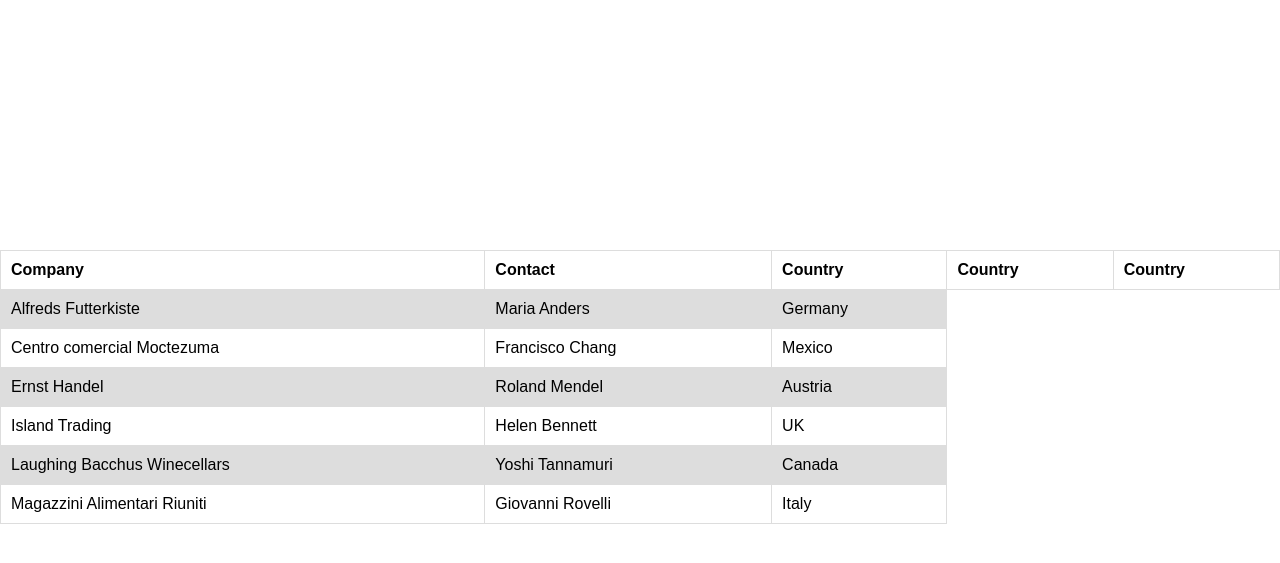
Repository: Seryozha02/ApiRequests
Page: index.html
The author's editor kept a copy of each file at every save. The page is drawn from the files as they stood at one save, then again after the next save.
The browser window is 1280 px wide. The pictures show the whole page.

Above is the page before, as saved 2022-09-22 21:19:02.

### index.html
<!DOCTYPE html>
<html lang="en">
<head>
    <meta charset="UTF-8">
    <meta http-equiv="X-UA-Compatible" content="IE=edge">
    <meta name="viewport" content="width=device-width, initial-scale=1.0">
    <title>Request's</title>
    <link rel="stylesheet" href="style.css">
</head>
<body>
    <table class="requests">
        <tr>
          <th>Company</th>
          <th>Contact</th>
          <th>Country</th>
          <th>Country</th>
          <th>Country</th>
        </tr>
        <tr>
          <td>Alfreds Futterkiste</td>
          <td>Maria Anders</td>
          <td>Germany</td>
        </tr>
        <tr>
          <td>Centro comercial Moctezuma</td>
          <td>Francisco Chang</td>
          <td>Mexico</td>
        </tr>
        <tr>
          <td>Ernst Handel</td>
          <td>Roland Mendel</td>
          <td>Austria</td>
        </tr>
        <tr>
          <td>Island Trading</td>
          <td>Helen Bennett</td>
          <td>UK</td>
        </tr>
        <tr>
          <td>Laughing Bacchus Winecellars</td>
          <td>Yoshi Tannamuri</td>
          <td>Canada</td>
        </tr>
        <tr>
          <td>Magazzini Alimentari Riuniti</td>
          <td>Giovanni Rovelli</td>
          <td>Italy</td>
        </tr>
      </table>
</body>
<script src="script.js"></script>
</html>

### style.css
* {
        margin: 0;
        padding: 0;
        box-sizing: border-box;
}

.requests {
    font-family: arial, sans-serif;
    border-collapse: collapse;
    width: 100%;
    margin-top: 250px;
  }

  td, th {
    border: 1px solid #dddddd;
    text-align: left;
    padding: 10px;

  }

  tr:nth-child(even) {
    background-color: #dddddd;
  }

Loaded but not shown: script.js (no copy from this time; the picture is the same without it)

After the next save:
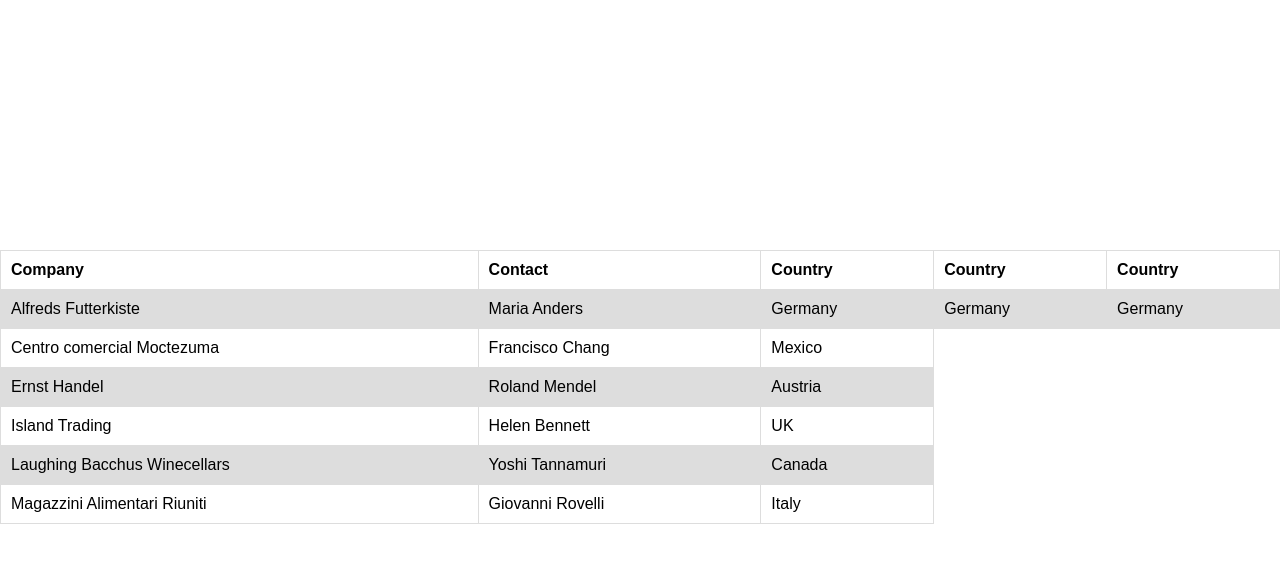
Saved 11 s later.
--- a/index.html
+++ b/index.html
@@ -19,6 +19,8 @@
         <tr>
           <td>Alfreds Futterkiste</td>
           <td>Maria Anders</td>
+          <td>Germany</td>
+          <td>Germany</td>
           <td>Germany</td>
         </tr>
         <tr>
